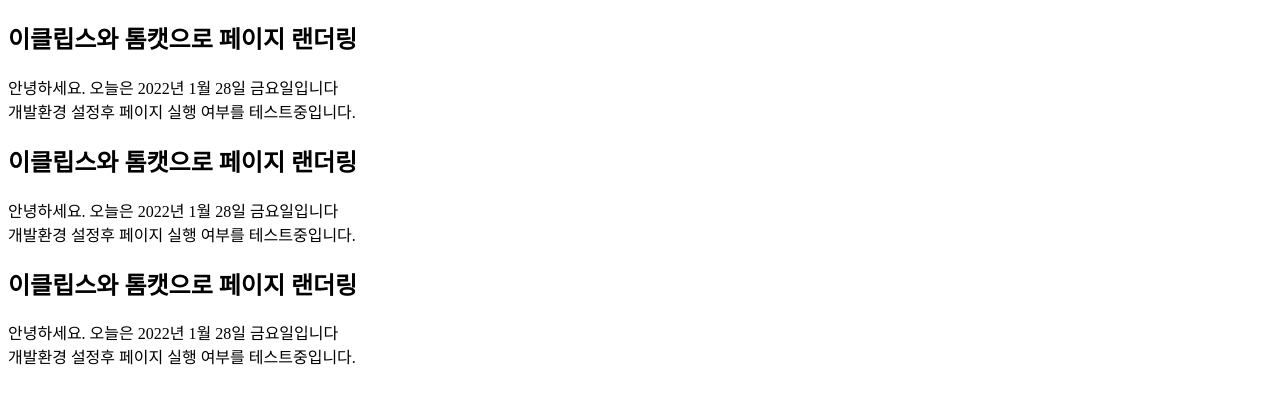
Repository: poiup/jsp_practice
Page: http://localhost/20210128/Hello.jsp
An editor plug-in stored every save of this project. The page is shown before and after the next save, followed by the edit.
The browser window is 1280 px wide. The pictures show the whole page.
The page is served by Tomcat 9.

Above is the page before, as saved 2022-01-28 02:03:14.

After the next save:
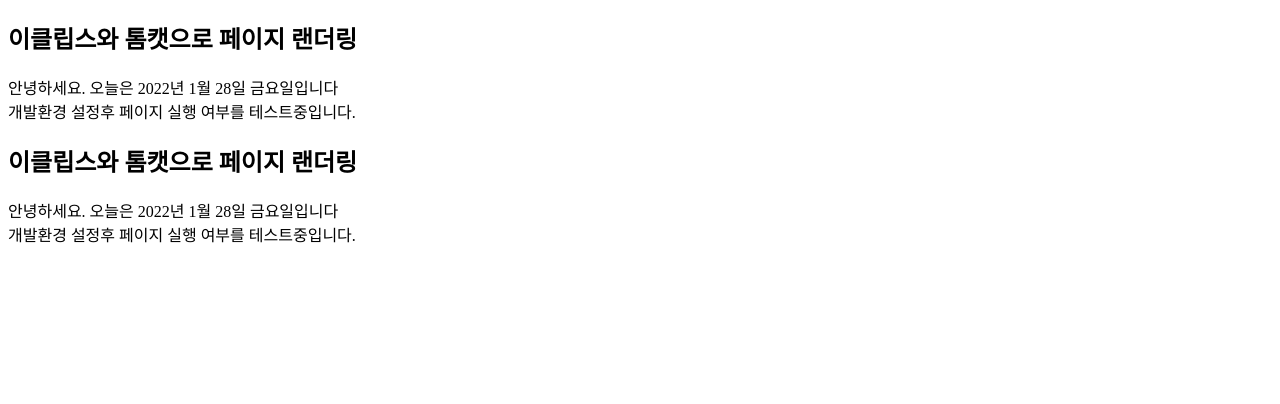
Saved 7 min 56 s later.
--- a/20210128/src/main/webapp/Hello.jsp
+++ b/20210128/src/main/webapp/Hello.jsp
@@ -7,20 +7,14 @@
 <title>Insert title here</title>
 </head>
 <body>
+ <!-- jsp에서는 스크립트릿이라는 태크를 이용해서 js의 script태그처럼 내부에 자바구문을 작성할수 있습니다 -->
+ <% for(int i = 0; i<2; i++){%>
+
  <h2>이클립스와 톰캣으로 페이지 랜더링</h2>
  <p>
  	안녕하세요. 오늘은 2022년 1월 28일 금요일입니다</br>
  	개발환경 설정후 페이지 실행 여부를 테스트중입니다.
  </p>
- <h2>이클립스와 톰캣으로 페이지 랜더링</h2>
- <p>
- 	안녕하세요. 오늘은 2022년 1월 28일 금요일입니다</br>
- 	개발환경 설정후 페이지 실행 여부를 테스트중입니다.
- </p>
- <h2>이클립스와 톰캣으로 페이지 랜더링</h2>
- <p>
- 	안녕하세요. 오늘은 2022년 1월 28일 금요일입니다</br>
- 	개발환경 설정후 페이지 실행 여부를 테스트중입니다.
- </p>
+ <%}%>
 </body>
 </html>

After the save that followed:
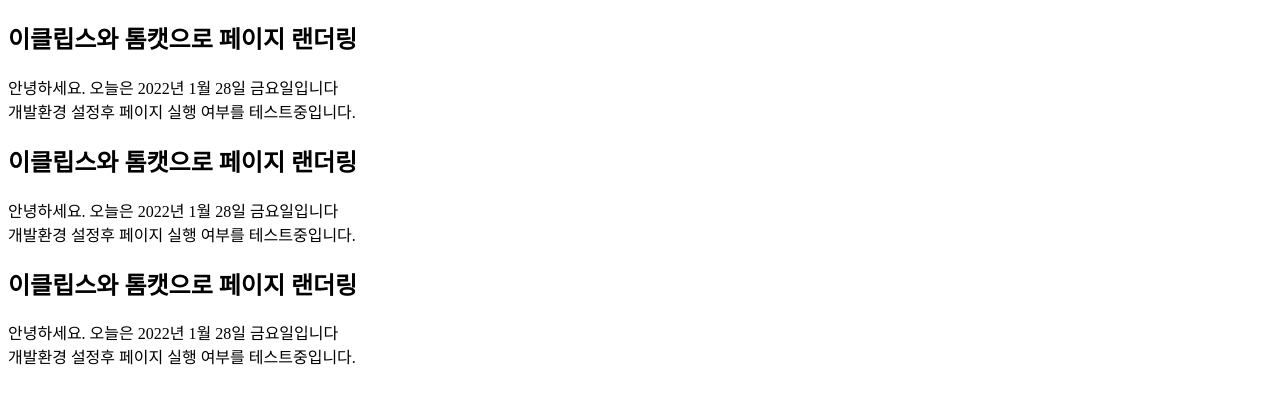
Saved 8 s later.
--- a/20210128/src/main/webapp/Hello.jsp
+++ b/20210128/src/main/webapp/Hello.jsp
@@ -8,7 +8,7 @@
 </head>
 <body>
  <!-- jsp에서는 스크립트릿이라는 태크를 이용해서 js의 script태그처럼 내부에 자바구문을 작성할수 있습니다 -->
- <% for(int i = 0; i<2; i++){%>
+ <% for(int i = 0; i<3; i++){%>
 
  <h2>이클립스와 톰캣으로 페이지 랜더링</h2>
  <p>
